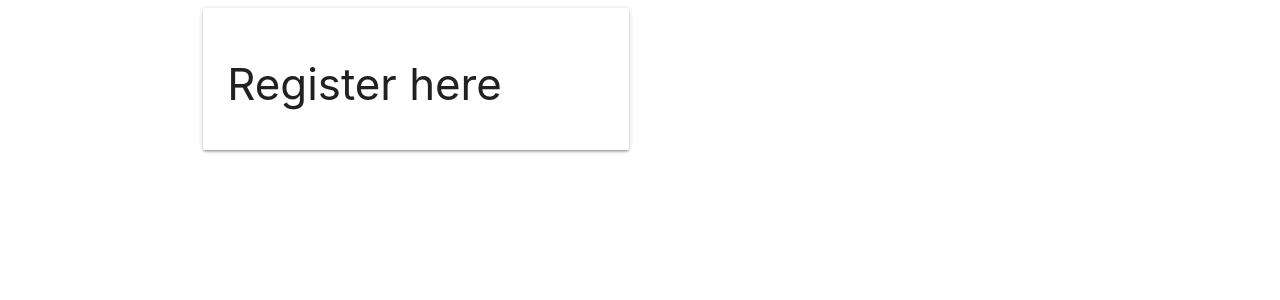
Repository: Attishgawali/JavaServletAndJSP
Page: http://localhost/Register/signup.jsp
These files come from the project's save history. The page is drawn as it stood at one moment and after the next save; the edit follows.
The browser window is 1280 px wide. The pictures show the whole page.
The page is served by Tomcat 9.

Above is the page before, as saved 2023-07-06 11:19:33.

After the next save:
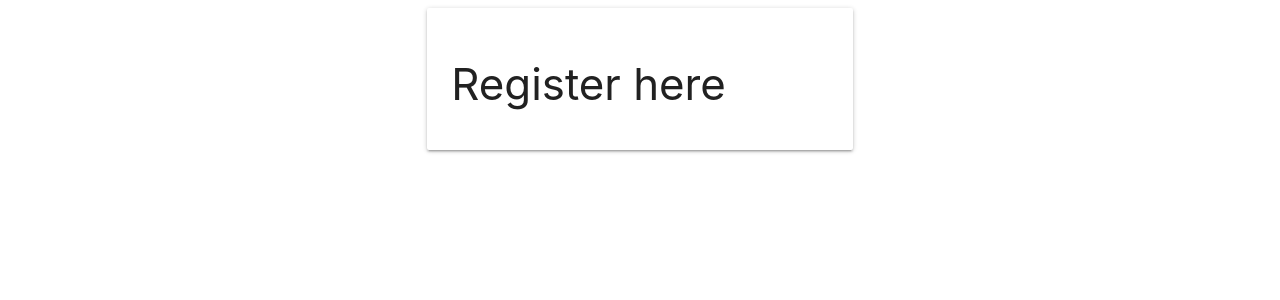
Saved 69 s later.
--- a/Register/src/main/webapp/signup.jsp
+++ b/Register/src/main/webapp/signup.jsp
@@ -16,7 +16,7 @@
 <body>
 	<div class="container">
 		<div class="row">
-			<div class="col m6">
+			<div class="col m6 offset-m3">
 				<div class="card">
 					<div class="card-content">
 						<h3>Register here</h3>
